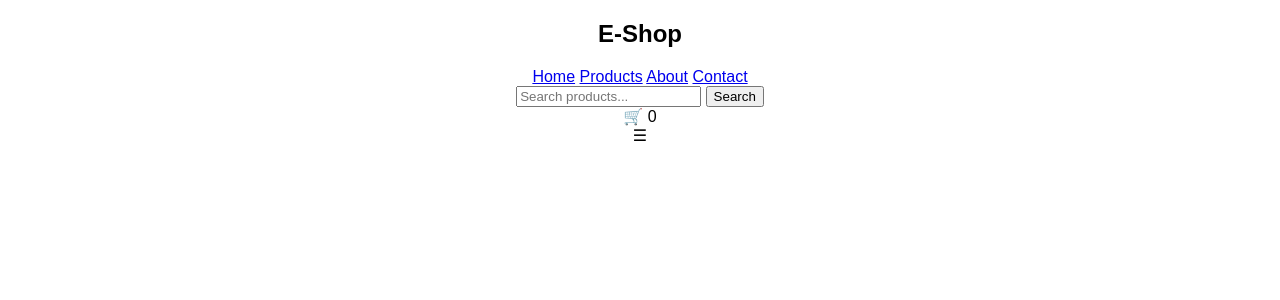
Repository: vsudhanshu-codes/ecommerce-frontend
Page: index.html
These files come from the project's save history. The page is drawn as it stood at one moment and after the next save; the edit follows.
The browser window is 1280 px wide. The pictures show the whole page.

Above is the page before, as saved 2026-03-10 17:01:07.

### index.html
<!DOCTYPE html>
<html lang="en">
<head>
    <meta charset="UTF-8">
    <meta name="viewport" content="width=device-width, initial-scale=1.0">
    <title>E-Commerce Frontend</title>
    <link rel="stylesheet" href="styles/main.css">
</head>
<body>
    <header class="header">

    <!-- Logo -->
    <div class="logo">
        <h2>E-Shop</h2>
    </div>

    <!-- Navigation Menu -->
    <nav class="nav">
        <a href="#">Home</a>
        <a href="#">Products</a>
        <a href="#">About</a>
        <a href="#">Contact</a>
    </nav>

    <!-- Search Bar -->
    <div class="search-bar">
        <input type="text" placeholder="Search products...">
        <button>Search</button>
    </div>

    <!-- Cart Icon -->
    <div class="cart">
        🛒 <span class="cart-count">0</span>
    </div>

    <!-- Hamburger Menu -->
    <div class="hamburger">
        ☰
    </div>

</header>
    <script src="scripts/app.js"></script>
</body>
</html>

### styles/main.css
body {
    font-family: Arial, sans-serif;
    margin: 0;
    padding: 0;
    text-align: center;
}

### scripts/app.js
console.log("E-Commerce Website Loaded");

After the next save:
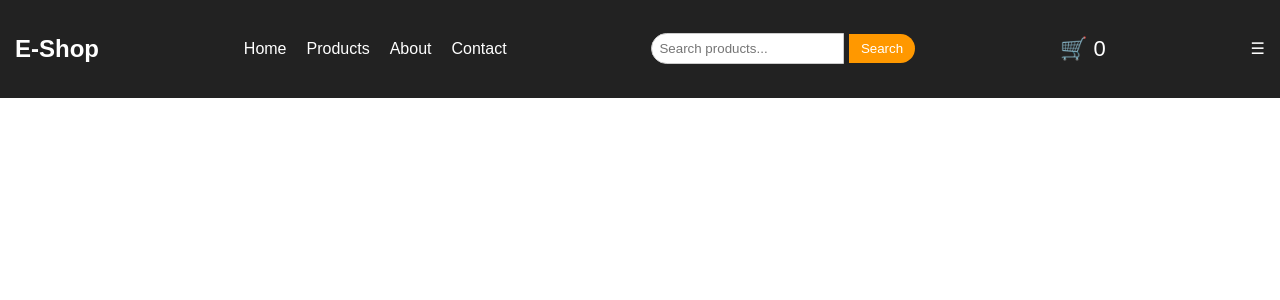
Saved 3 min 7 s later.
--- a/styles/main.css
+++ b/styles/main.css
@@ -1,6 +1,74 @@
-body {
-    font-family: Arial, sans-serif;
-    margin: 0;
-    padding: 0;
-    text-align: center;
+body{
+    margin:0;
+    font-family:Arial;
 }
+
+/* Header Layout */
+
+.header{
+    display:flex;
+    align-items:center;
+    justify-content:space-between;
+    background:#222;
+    padding:15px;
+    color:white;
+}
+
+/* Navigation */
+
+.nav{
+    display:flex;
+    gap:20px;
+}
+
+.nav a{
+    text-decoration:none;
+    color:white;
+    font-size:16px;
+}
+
+/* Right Section */
+
+.right-section{
+    display:flex;
+    align-items:center;
+    gap:20px;
+}
+
+/* Search Bar */
+
+.search-bar input{
+    padding:7px;
+    border-radius:20px 0 0 20px;
+    border:1px solid #ccc;
+    outline:none;
+}
+
+.search-bar button{
+    padding:7px 12px;
+    border:none;
+    background:#ff9800;
+    color:white;
+    border-radius:0 20px 20px 0;
+}
+
+/* Cart */
+
+.cart{
+    position:relative;
+    font-size:22px;
+    cursor:pointer;
+}
+
+/* Notification Badge */
+
+.badge{
+    position:absolute;
+    top:-8px;
+    right:-10px;
+    background:red;
+    color:white;
+    font-size:12px;
+    padding:2px 6px;
+    border-radius:50%;
+}
